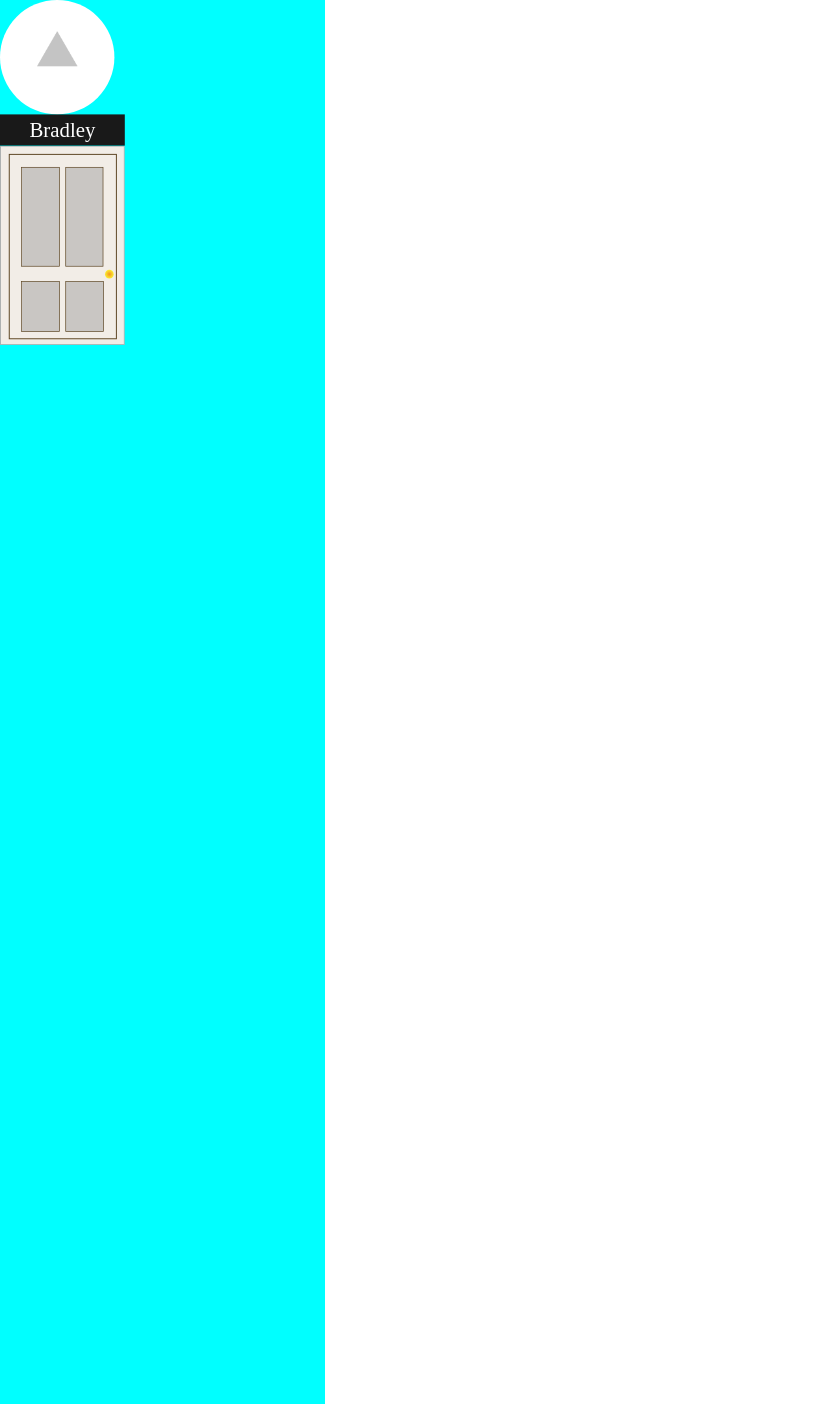
Repository: dnguyen130/HelpAHomieV3
Page: index.html
An editor plug-in stored every save of this project. The page is shown before and after the next save, followed by the edit.
The browser window is 1280 px wide. The pictures show the whole page, at 65% of full size.

Above is the page before, as saved 2021-03-10 20:26:47.

After the next save:
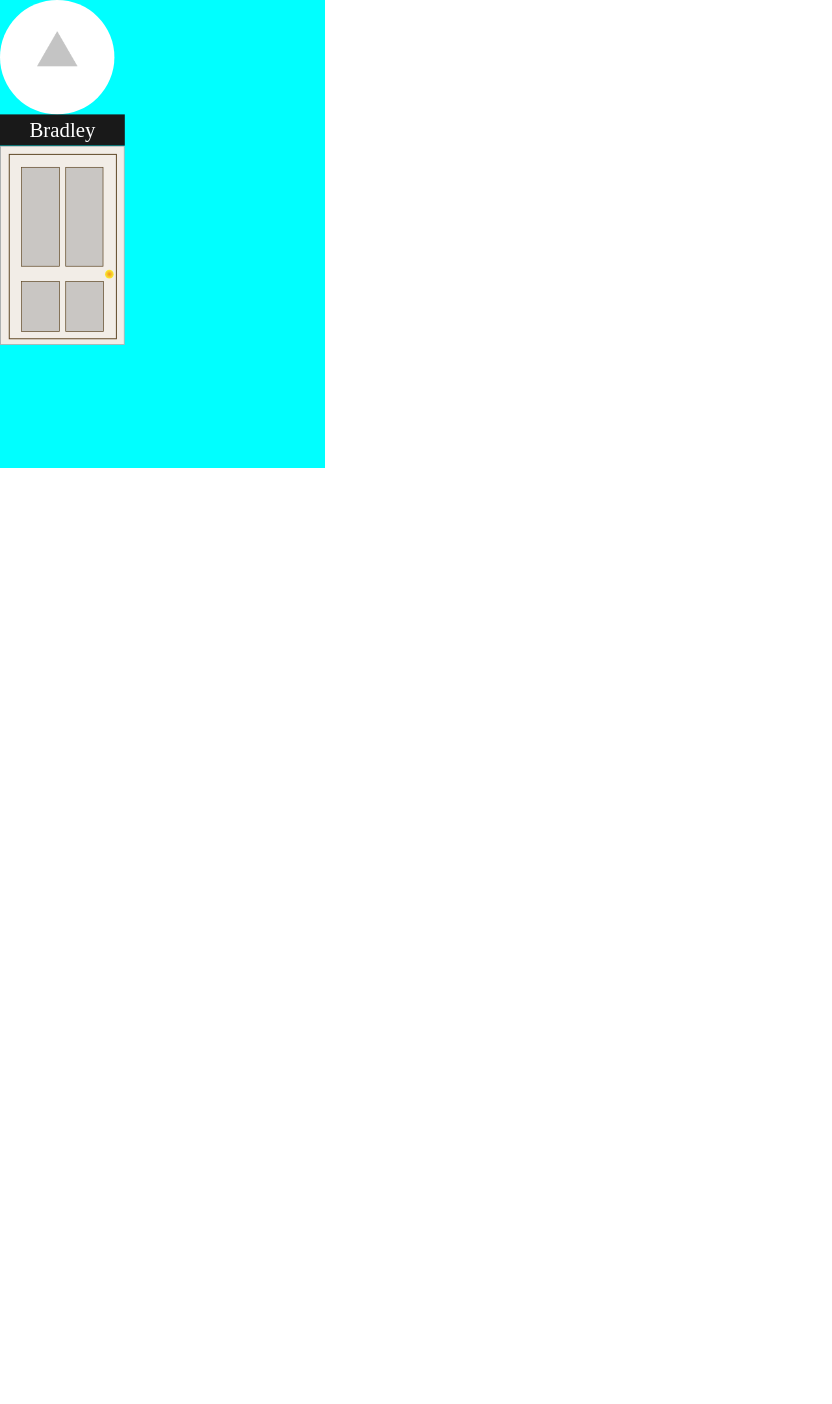
Saved 5 s later.
--- a/index.html
+++ b/index.html
@@ -14,11 +14,11 @@
             <div class="arrow"></div>
             <div class="door-container"></div>
         </div>
-        <div class="door-screen1 height">
+        <div class="door-screen2 height">
             <div class="arrow"></div>
             <div class="door-container"></div>
         </div>
-        <div class="door-screen1 height">
+        <div class="door-screen3 height">
             <div class="arrow"></div>
             <div class="door-container"></div>
         </div>
